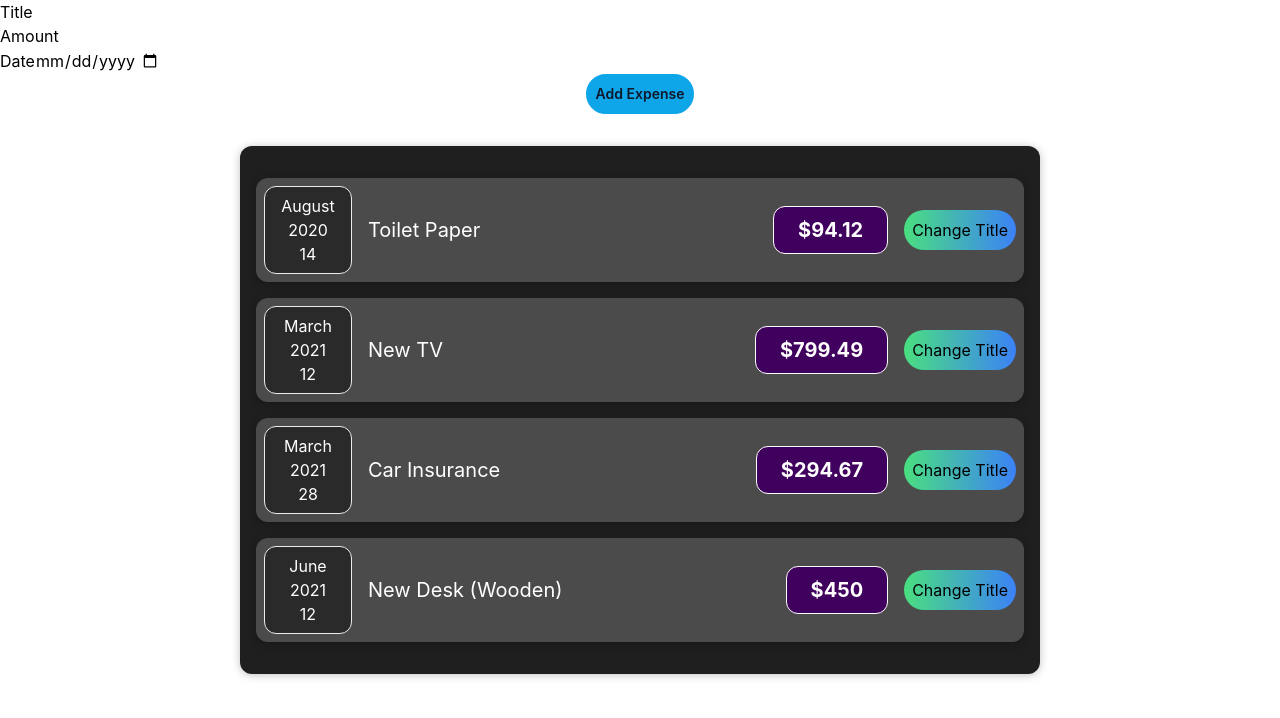
Repository: Sef24/expense-tracker
Page: /
An editor plug-in stored every save of this project. The page is shown before and after the next save, followed by the edit.
The browser window is 1280 px wide. The pictures show the whole page.
The project was rebuilt for these pictures with package versions that can differ from the ones it lists, and the page was loaded fresh each time. Also part of the build but not shown: src/components/NewExpense/NewExpense.css, src/components/NewExpense/ExpenseForm.css.

Above is the page before, as saved 2022-04-24 15:56:50.

### public/index.html
<!DOCTYPE html>
<html lang="en">
  <head>
    <meta charset="utf-8" />
    <link rel="icon" href="%PUBLIC_URL%/favicon.ico" />
    <meta name="viewport" content="width=device-width, initial-scale=1" />

    <meta
      name="description"
      content="Web site created using create-react-app"
    />
    <link rel="apple-touch-icon" href="%PUBLIC_URL%/logo192.png" />
    <!--
      manifest.json provides metadata used when your web app is installed on a
      user's mobile device or desktop. See https://developers.google.com/web/fundamentals/web-app-manifest/
    -->
    <link rel="manifest" href="%PUBLIC_URL%/manifest.json" />
    <!--
      Notice the use of %PUBLIC_URL% in the tags above.
      It will be replaced with the URL of the `public` folder during the build.
      Only files inside the `public` folder can be referenced from the HTML.

      Unlike "/favicon.ico" or "favicon.ico", "%PUBLIC_URL%/favicon.ico" will
      work correctly both with client-side routing and a non-root public URL.
      Learn how to configure a non-root public URL by running `npm run build`.
    -->
    <title>React App</title>
  </head>
  <body>
    <noscript>You need to enable JavaScript to run this app.</noscript>
    <div id="root"></div>
    <!--
      This HTML file is a template.
      If you open it directly in the browser, you will see an empty page.

      You can add webfonts, meta tags, or analytics to this file.
      The build step will place the bundled scripts into the <body> tag.

      To begin the development, run `npm start` or `yarn start`.
      To create a production bundle, use `npm run build` or `yarn build`.
    -->
  </body>
</html>

### src/App.js
import Expenses from "./components/Expenses";
import NewExpense from "./components/NewExpense/NewExpense";

function App() {
  const expenses = [
    {
      id: "e1",
      title: "Toilet Paper",
      amount: 94.12,
      date: new Date(2020, 7, 14),
    },
    { id: "e2", title: "New TV", amount: 799.49, date: new Date(2021, 2, 12) },
    {
      id: "e3",
      title: "Car Insurance",
      amount: 294.67,
      date: new Date(2021, 2, 28),
    },
    {
      id: "e4",
      title: "New Desk (Wooden)",
      amount: 450,
      date: new Date(2021, 5, 12),
    },
  ];
  return (
    <div>
      <NewExpense />
      <Expenses items={expenses} />
    </div>
  );
}

export default App;

### src/components/Expenses.js
import React from "react";
import ExpenseItem from "./ExpenseItem";
import "./Expenses.css";

function Expenses(props) {
  <h1 className=""> Hello</h1>;
  return (
    <div className="expenses">
      <ExpenseItem
        title={props.items[0].title}
        amount={props.items[0].amount}
        date={props.items[0].date}
      />

      <ExpenseItem
        title={props.items[1].title}
        amount={props.items[1].amount}
        date={props.items[1].date}
      />
      <ExpenseItem
        title={props.items[2].title}
        amount={props.items[2].amount}
        date={props.items[2].date}
      />
      <ExpenseItem
        title={props.items[3].title}
        amount={props.items[3].amount}
        date={props.items[3].date}
      />
    </div>
  );
}

export default Expenses;

### src/components/NewExpense/NewExpense.js
import React from "react";
import "./NewExpense.css";
import ExpenseForm from "./ExpenseForm";

function NewExpense() {
  return (
    <div>
      <ExpenseForm onSaveExpenseData />
    </div>
  );
}

export default NewExpense;

### src/components/ExpenseItem.js
import React, { useState } from "react";
import "./ExpenseItem.css";
import ExpenseDate from "./ExpenseDate";

function ExpenseItem(props) {
  const [title, setTitle] = useState(props.title);

  const clickHandler = () => {
    setTitle("Updated");
    console.log(title);
  };

  return (
    <div className="expense-item ">
      <ExpenseDate date={props.date} />

      <div className="expense-item__description">
        <h2>{props.title}</h2>

        <div className="expense-item__price">${props.amount}</div>
      </div>
      <button
        className="p-2 ml-4 border-transparent rounded-full border-0
        bg-gradient-to-r from-green-400 to-blue-500
        hover:from-pink-500 hover:to-yellow-500 ...
        active:opacity-75"
        onClick={clickHandler}
      >
        Change Title
      </button>
    </div>
  );
}

export default ExpenseItem;

### src/components/NewExpense/ExpenseForm.js
import React, { useState } from "react";
import "./ExpenseForm.css";

function ExpenseForm() {
  const [enteredTitle, setEnteredTitle] = useState("");
  const [enteredAmount, setEnteredAmount] = useState("");
  const [enteredDate, setEnteredDate] = useState("");

  const titleChangeHandler = (event) => {
    setEnteredTitle(event.target.value);
  };

  const amountChangeHandler = (event) => {
    setEnteredAmount(event.target.value);
  };

  const dateChangeHandler = (event) => {
    setEnteredDate(event.target.value);
  };

  const submitExpenseHandler = (event) => {
    event.preventDefault();

    const expenseData = {
      title: enteredTitle,
      amount: enteredAmount,
      date: enteredDate,
    };
    console.log(expenseData);
    setEnteredTitle("");
    setEnteredAmount("");
    setEnteredDate("");
  };
  return (
    <form onSubmit={submitExpenseHandler}>
      <div>
        <div>
          <label>Title</label>
          <input
            type="text"
            value={enteredTitle}
            onChange={titleChangeHandler}
          />
        </div>

        <div>
          <label>Amount</label>
          <input
            type="number"
            value={enteredAmount}
            min="0.01"
            step="0.01"
            onChange={amountChangeHandler}
          />
        </div>

        <div>
          <label>Date</label>
          <input
            type="date"
            value={enteredDate}
            min="2019-01-01"
            max="2022-12-31"
            onChange={dateChangeHandler}
          />
        </div>
      </div>

      <div className="grid justify-items-center">
        <button
          className="text-sm text-slate-900 font-semibold border-solid border-2 border-sky-500 rounded-full p-2
          bg-sky-500 hover:opacity-75"
          type="submit"
        >
          Add Expense
        </button>
      </div>
    </form>
  );
}

export default ExpenseForm;

### src/components/ExpenseItem.css
.expense-item {
  display: flex;
  justify-content: space-between;
  align-items: center;
  box-shadow: 0 2px 8px rgba(0, 0, 0, 0.25);
  padding: 0.5rem;
  margin: 1rem 0;
  border-radius: 12px;
  background-color: #4b4b4b;
}

.expense-item__description {
  display: flex;
  flex-direction: column;
  gap: 1rem;
  align-items: flex-end;
  flex-flow: column-reverse;
  justify-content: flex-start;
  flex: 1;
}

.expense-item h2 {
  color: #3a3a3a;
  font-size: 1rem;
  flex: 1;
  margin: 0 1rem;
  color: white;
}

.expense-item__price {
  font-size: 1rem;
  font-weight: bold;
  color: white;
  background-color: #40005d;
  border: 1px solid white;
  padding: 0.5rem;
  border-radius: 12px;
}

@media (min-width: 580px) {
  .expense-item__description {
    flex-direction: row;
    align-items: center;
    justify-content: flex-start;
    flex: 1;
  }

  .expense-item__description h2 {
    font-size: 1.25rem;
  }

  .expense-item__price {
    font-size: 1.25rem;
    padding: 0.5rem 1.5rem;
  }
}

### src/components/ExpenseDate.js
import React from "react";
import "./ExpenseDate.css";

function ExpenseDate(props) {
  const month = props.date.toLocaleString("en-US", { month: "long" });
  const day = props.date.getDate();
  const year = props.date.getFullYear();

  return (
    <div className="expense-date">
      <div className="expense__month">{month}</div>
      <div className="expense__year">{year}</div>
      <div className="expense__day">{day}</div>
    </div>
  );
}

export default ExpenseDate;

Loaded but not shown: src/index.js (common file); src/index.css (common file); src/components/Expenses.css (common file); src/components/ExpenseDate.css (common file); tailwind.config.js (common file)

After the next save:
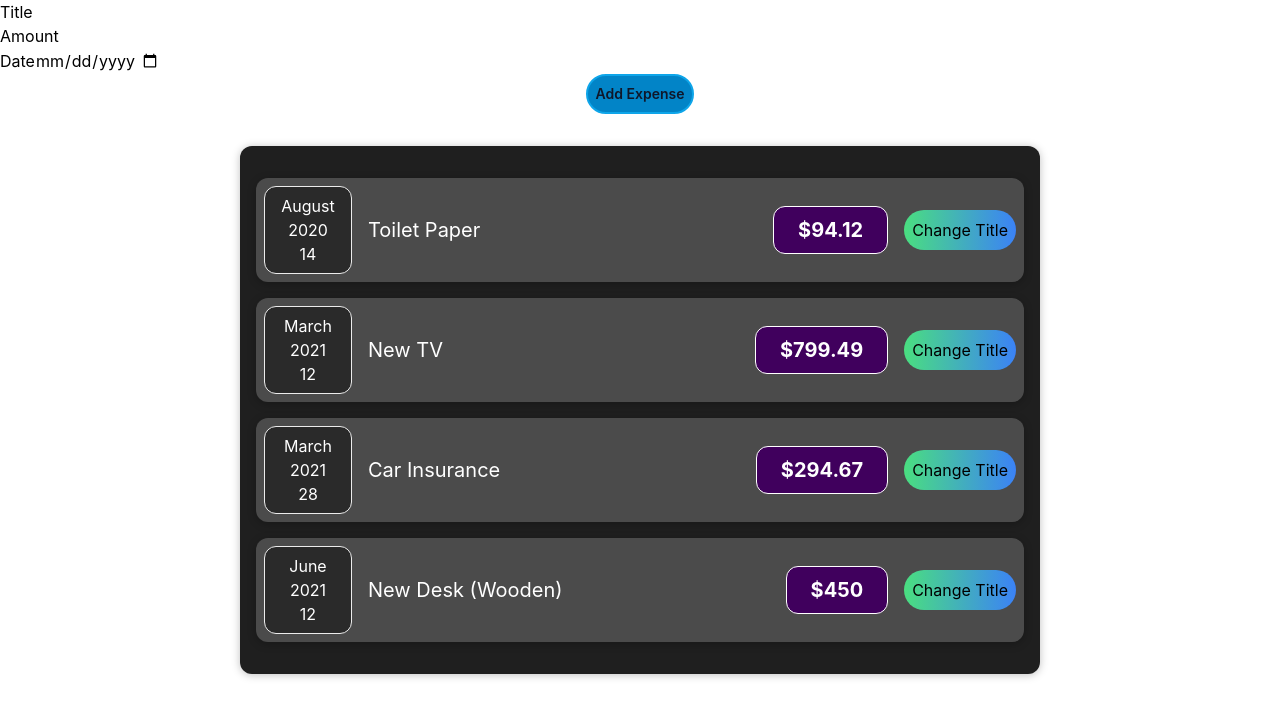
Saved 58 s later.
--- a/src/components/NewExpense/ExpenseForm.js
+++ b/src/components/NewExpense/ExpenseForm.js
@@ -69,7 +69,7 @@ function ExpenseForm() {
       <div className="grid justify-items-center">
         <button
           className="text-sm text-slate-900 font-semibold border-solid border-2 border-sky-500 rounded-full p-2
-          bg-sky-500 hover:opacity-75"
+          bg-sky-600 hover:bg-sky-700"
           type="submit"
         >
           Add Expense
